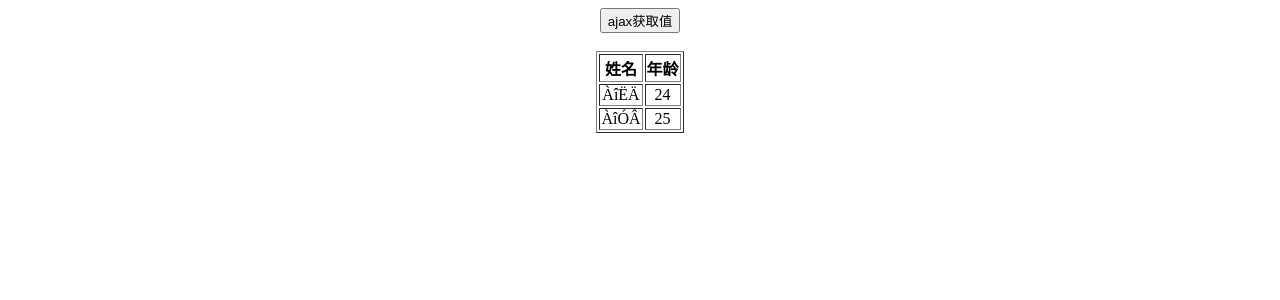
Repository: jsjchai/springmvc_study
Page: http://localhost/ajax03_json_array/
An editor plug-in stored every save of this project. The page is shown before and after the next save, followed by the edit.
The browser window is 1280 px wide. The pictures show the whole page.
After loading, the first visible `#button` was clicked once.
The page is served by Tomcat 9.

Above is the page before, as saved 2015-04-08 14:00:08.

After the next save:
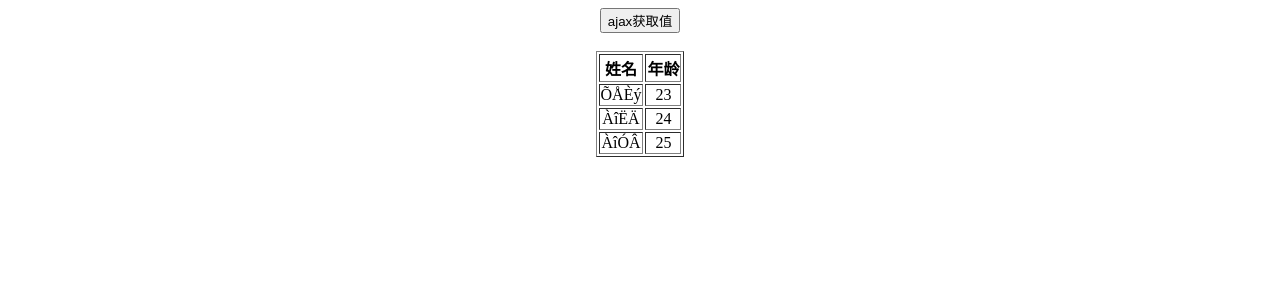
Saved 36 s later.
--- a/springmvc/Ajax&Json/ajax03_json_array/WebContent/index.jsp
+++ b/springmvc/Ajax&Json/ajax03_json_array/WebContent/index.jsp
@@ -24,7 +24,7 @@
 					var row; //行
 					var col1; //第一列
 					var col2; //第二列
-					for(var i=1;i<dataObj.students.length;i++){
+					for(var i=0;i<dataObj.students.length;i++){
 						var student=dataObj.students[i];
 						row=tableObj.insertRow(); //将新行添加到表的最后
 						col1=row.insertCell();//第一列
